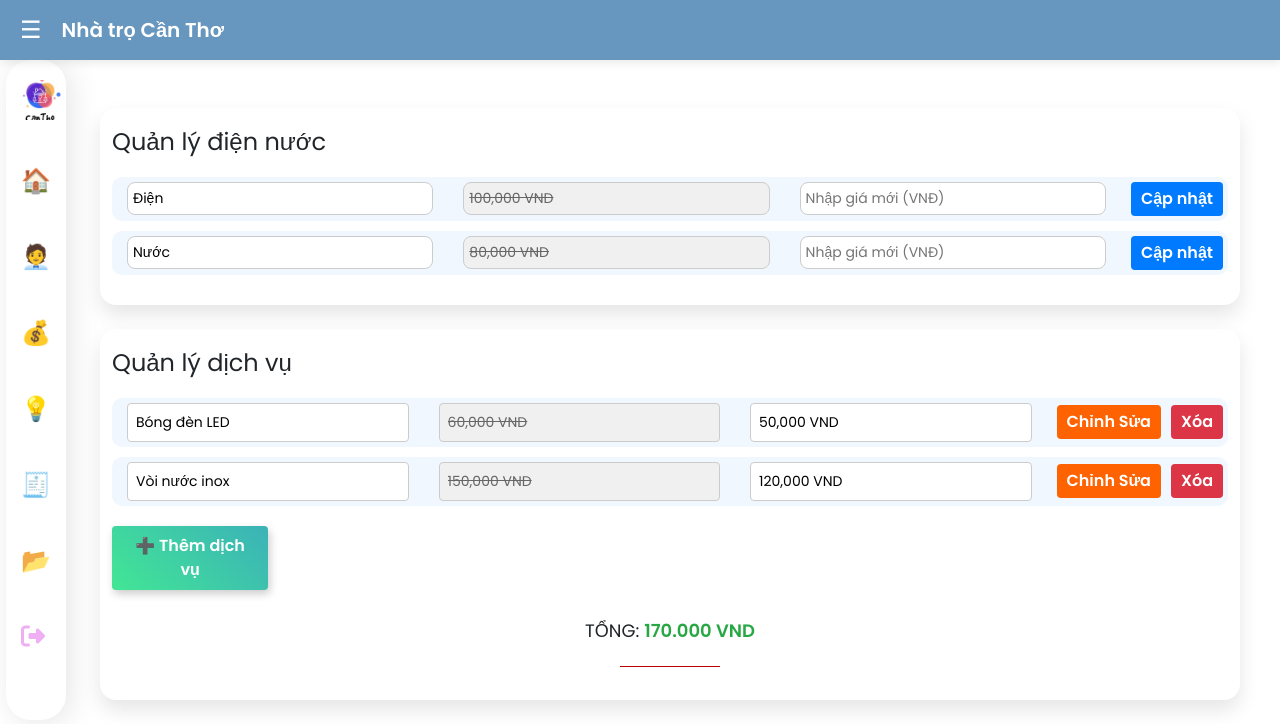
Repository: nhutty0402/DoAn02
Page: HTML/dichvu.html
The author's editor kept a copy of each file at every save. The page is drawn from the files as they stood at one save, then again after the next save.
The browser window is 1280 px wide. The pictures show the whole page.

Above is the page before, as saved 2025-03-21 00:26:19.

After the next save:
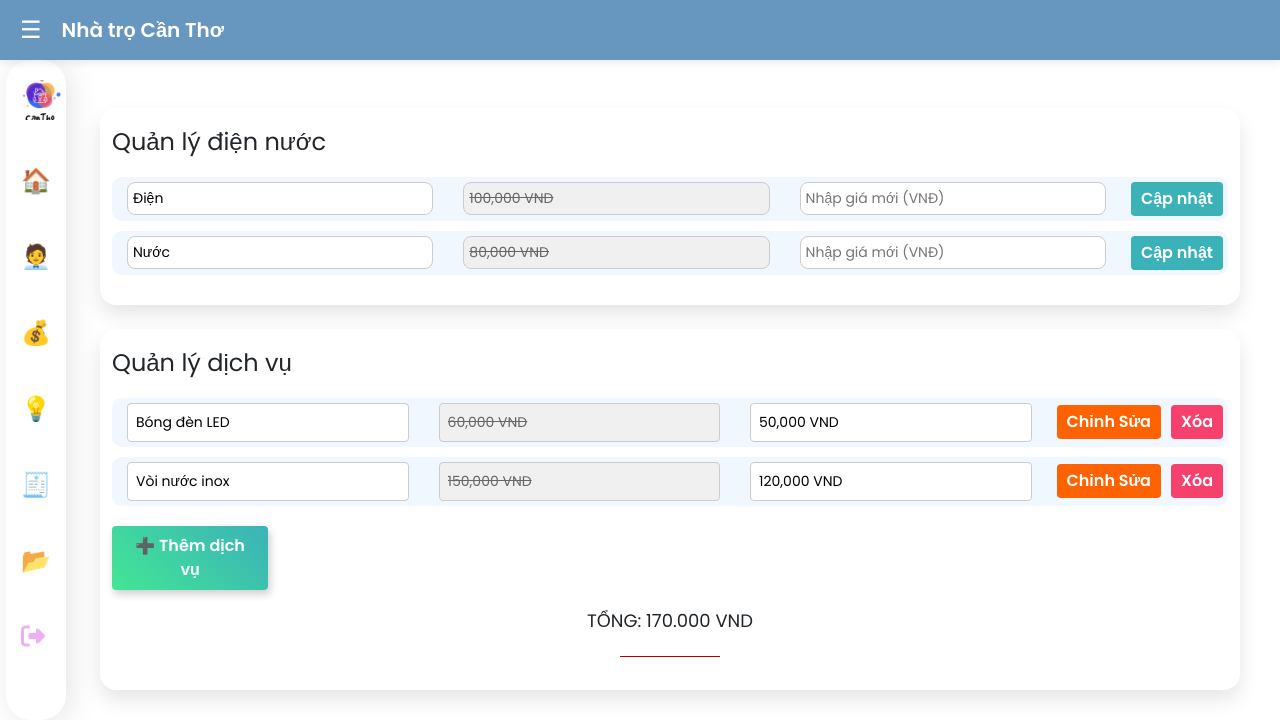
Saved 18 s later.
--- a/CSS/dichvu.css
+++ b/CSS/dichvu.css
@@ -561,26 +561,3 @@ input[readonly].old-price {
 .edit-btn {
   background-color: #ff6200; /* Màu cam cho nút "Chỉnh Sửa" */
 }
-
-.update-btn {
-  background-color: #007bff; /* Màu xanh dương cho nút "Cập Nhật" */
-}
-
-.delete-btn {
-  background-color: #dc3545; /* Màu đỏ cho nút "Xóa" */
-}
-
-.add-btn {
-  background-color: #28a745; /* Màu xanh lá cho nút "Thêm dịch vụ" */
-  margin: 10px 0;
-}
-
-.cf-title-01 h6 {
-  font-size: 18px;
-  margin-top: 20px;
-}
-
-#total-price {
-  color: #28a745;
-  font-weight: bold;
-}
